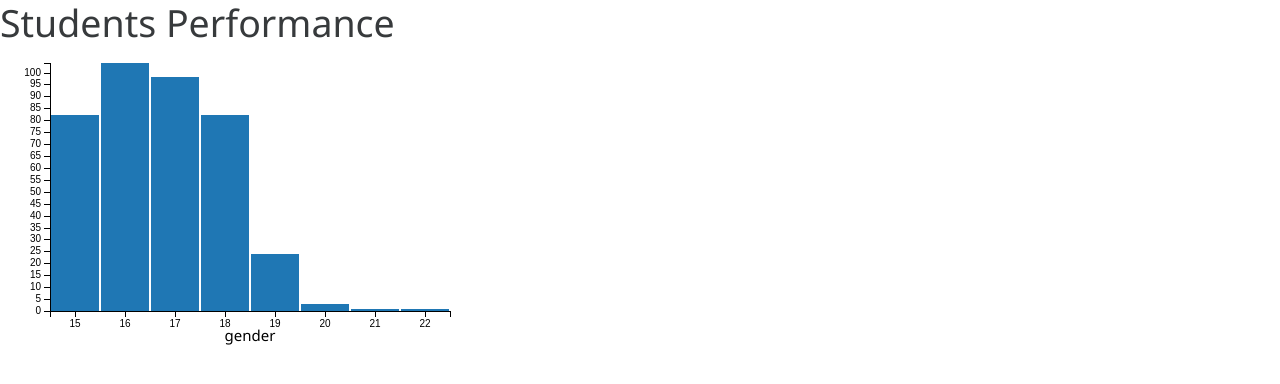
Repository: Baal89/second-milestone-project
Page: index.html
The author's editor kept a record of every edit. The page is drawn from the files as they stood at one moment, then again after the next edit.
The browser window is 1280 px wide. The pictures show the whole page.

Above is the page before.

### index.html
<!DOCTYPE html>
<html>
    <head>
        <meta charset="UTF-8">
        <meta name="viewport" content="width=device-width, initial-scale=1.0">
        <meta http-equiv="X-UA-Compatible" content"ie=edge">
        <title> dashboard </title>

        <link rel="stylesheet" href="static/css/bootstrap.min.css" type="text/css" />
        <link rel="stylesheet" href="static/css/dc.min.css" type="text/css" />

        <script type="text/javascript" src="static/js/d3.min.js"></script>
        <script type="text/javascript" src="static/js/crossfilter.min.js"></script>
        <script type="text/javascript" src="static/js/dc.min.js"></script>
        <script type="text/javascript" src="static/js/queue.min.js"></script>
        <script type="text/javascript" src="static/js/graph.js"></script>

    </head>

    <body>


        <h1> Students Performance </h1>

        <div id="gender-balance"></div>

        <div id="age-balance"></div>

        <div id="family-size"></div>


    </body>
</html>

### static/js/graph.js
queue()
    .defer(d3.csv, "data/student-performance.csv")
    .await(makeGraphs);

function makeGraphs(error, performanceData) {
    var ndx = crossfilter(performanceData);

    show_gender_balance(ndx);
    show_age_balance(ndx);

    dc.renderAll();
}

function show_gender_balance(ndx) {
    var dim = ndx.dimension(dc.pluck("sex"));
    var group = dim.group();

    dc.barChart("#gender-balance")
        .width(500)
        .height(300)
        .margins({ top: 10, right: 50, bottom: 30, left: 50 })
        .dimension(dim)
        .group(group)
        .transitionDuration(500)
        .x(d3.scale.ordinal())
        .xUnits(dc.units.ordinal)
        .elasticY(true)
        .xAxisLabel("gender")
        .yAxis().ticks(20);
}

function show_age_balance(ndx) {
     var dim = ndx.dimension(dc.pluck("age"));
    var group = dim.group();

    dc.barChart("#gender-balance")
        .width(500)
        .height(300)
        .margins({ top: 10, right: 50, bottom: 30, left: 50 })
        .dimension(dim)
        .group(group)
        .transitionDuration(500)
        .x(d3.scale.ordinal())
        .xUnits(dc.units.ordinal)
        .elasticY(true)
        .xAxisLabel("gender")
        .yAxis().ticks(20);
}

Loaded but not shown: static/css/bootstrap.min.css (library); static/css/dc.min.css (library); static/js/d3.min.js (library); static/js/crossfilter.min.js (library); static/js/dc.min.js (library); static/js/queue.min.js (common file)

After the next edit:
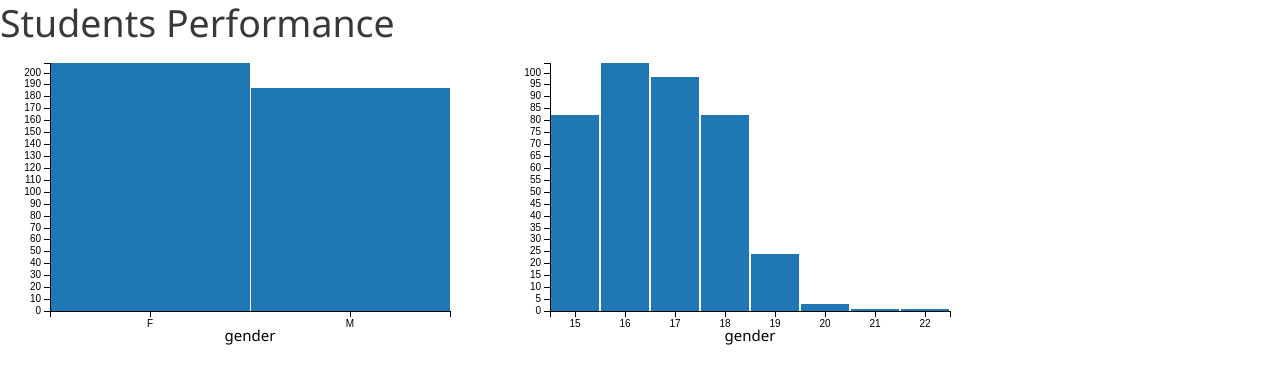
The edit:
--- a/static/js/graph.js
+++ b/static/js/graph.js
@@ -33,7 +33,7 @@
      var dim = ndx.dimension(dc.pluck("age"));
     var group = dim.group();
 
-    dc.barChart("#gender-balance")
+    dc.barChart("#age-balance")
         .width(500)
         .height(300)
         .margins({ top: 10, right: 50, bottom: 30, left: 50 })
